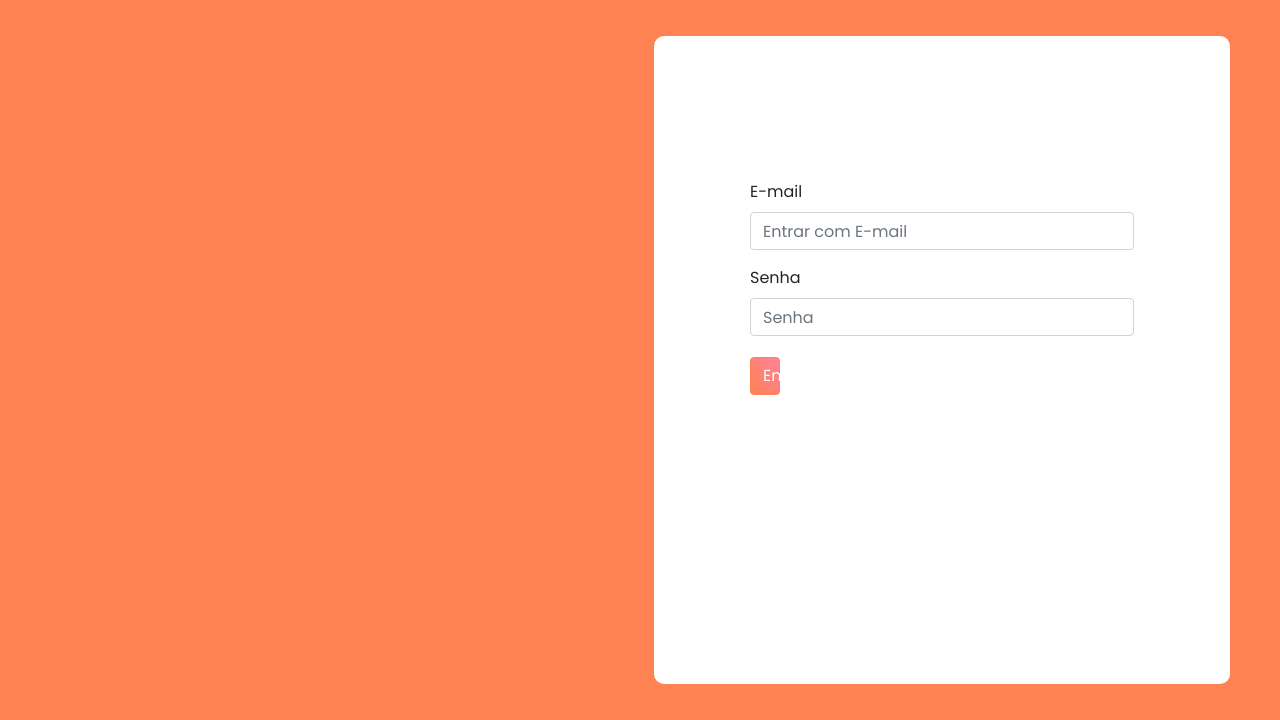
Repository: MilenaMelo/WebSite-PetCheers
Page: /login
These files come from the project's save history. The page is drawn as it stood at one moment and after a run of saves; the edit follows.
The browser window is 1280 px wide. The pictures show the whole page.
The project was rebuilt for these pictures with package versions that can differ from the ones it lists, and the page was loaded fresh each time.

Above is the page before, as saved 2020-08-26 22:40:03.

### src/main.js
import Vue from 'vue'
import App from './App.vue'
import router from './router'
import FirebaseVue from './firebase'
import './assets/scss/app.scss'

Vue.use(FirebaseVue)
Vue.config.productionTip = false

new Vue({
  router,
  render: h => h(App)
}).$mount('#app')

### src/App.vue
<template>
  <div id="app">
    <!-- <base-spinner/> -->
    <router-view/>
  </div>
</template>

<script>
// import BaseSpinner from './components/global/BaseSpinner'

// export default {
//   components: {
//     BaseSpinner
//   }
// }
</script>

<style lang="scss">
</style>

### src/router/index.js
import Vue from 'vue'
import VueRouter from 'vue-router'

Vue.use(VueRouter)

const routes = [
  {
    path: '/',
    name: 'home',
    component: () => import(/* webpackChunkName: "home" */ '../pages/home/Home')
  },
  {
    path: '/login',
    name: 'login',
    // route level code-splitting
    // this generates a separate chunk (login.[hash].js) for this route
    // which is lazy-loaded when the route is visited.
    component: () => import(/* webpackChunkName: "login" */ '../pages/login/Login')
  }
]

const router = new VueRouter({
  mode: 'history',
  base: process.env.BASE_URL,
  routes
})

export default router

### src/firebase/index.js
// eslint-disable-next-line no-unused-vars
import firebase from 'firebase/app'
import 'firebase/auth'
import 'firebase/storage'
import 'firebase/database'

export const firebaseApp = firebase.initializeApp({
  apiKey: process.env.VUE_APP_API_KEY,
  authDomain: process.env.VUE_APP_AUTH_DOMAIN,
  databaseURL: process.env.VUE_APP_DATABASE_URL,
  projectId: process.env.VUE_APP_PROJECT_ID,
  storageBucket: process.env.VUE_APP_STORAGE_BUCKET,
  messagingSenderId: process.env.VUE_APP_MESSAGING_SENDER_ID,
  appId: process.env.VUE_APP_APP_ID,
  measurementId: process.env.VUE_APP_MEASUREMENT_ID
})

export default function install (Vue) {
  Object.defineProperty(Vue.prototype, '$firebase', {
    get () {
      return firebaseApp
    }
  })
}

### src/assets/scss/app.scss
@import url('https://fonts.googleapis.com/css?family=Poppins');
@import '../../../node_modules/bootstrap/dist/css/bootstrap.css';
@import '../../../node_modules/@fortawesome/fontawesome-free/css/all.css';
@import '_variables';

* {
  font-family: 'Avenir', 'Poppins', sans-serif;
}


.btn-primary, .feature {
  width: 30px;
  margin-top: 5px;
  background-image: linear-gradient(to right top, #ff8352, #ff8165, #ff8177, #ff8287, #ff8597);
  border-color: $orange;
  background-color: $orange;
  &:hover {
    background-color: $orange;
  }
}

### src/pages/login/Login.vue
<template>
  <div class="login">
    <div class="login-left">
    </div>
    <div class="login-right">
      <!-- The @submit.prevent="doLogin()" makes to active the function listened to get the informations in firebase -->
      <form @submit.prevent="doLogin()" class="form-login">
        <div class="form-group">
          <label for="exampleInputEmail1">E-mail</label>
          <!-- The v-model directive will call the type 'email' and 'password'-->
          <input
            required
            type="email"
            v-model="email"
            class="form-control"
            id="exampleInputEmail1"
            aria-describedby="emailHelp"
            placeholder="Entrar com E-mail"
          />
          <small
            id="emailHelp"
            class="form-text text-muted"/>
        </div>
        <div class="form-group">
          <label for="exampleInputPassword1">Senha</label>
          <input
            required
            type="password"
            v-model="password"
            class="form-control"
            id="exampleInputPassword1"
            placeholder="Senha"
          />
        </div>
        <!-- <div class="form-check">
          <input type="checkbox" class="form-check-input" id="exampleCheck1" />
          <label class="form-check-label" for="exampleCheck1">Lembre de mim</label>
        </div> -->
        <button type="submit" class="btn btn-primary">
          <template class="feature" v-if="loading">
            <i class="fa fa-spinner fa-spin"></i>
          </template>
          <template v-else>
            Entrar
          </template>
        </button>
      </form>
    </div>
  </div>
</template>

<script>
// Here the method is called for an action, passing the data like variables
// And to pass the informations (variables) is necessary a directive: v-model as attribute
// of the input (HTML)
export default {
  name: 'Login',
  data: () => {
    return {
      loading: false,
      email: '',
      password: ''
    }
  },
  methods: {
    // Async mMethod because has await the action of the auth()
    async doLogin () {
      this.loading = true
      // Use the firebase variable to authenticate by calling the auth(), authenticate method
      // signInWithEmailAndPassword() is a method
      // So, configure the authentication page in Firebase database and your
      const { email, password } = this

      try {
        const res = await this.$firebase.auth().signInWithEmailAndPassword(email, password)
        // variable window.uid to know if is logged
        window.uid = res.user.uid
        // redirect to Home page route
        this.$router.push({ name: 'home' })
      } catch (err) {
        console.log(err)
      }
      this.loading = false
    }
  }
}
</script>

<style lang="scss" scoped>
.login {
  display: flex;
  justify-content: space-between;
  align-items: center;
  height: 100vh;
  background-color: var(--orange);
  padding-right: 50px;
  padding-left: 50px;
}
.login-right {
  display: flex;
  justify-content: center;
  align-items: center;
  background-color: #ffffff;
  width: 45vw;
  height: 90vh;
  border-radius: 10px;
}
.form-login {
  width: 30vw;
  height: 50vh;
}
</style>

### src/assets/scss/_variables.scss
$orange: #FF8352 !important;
$pink: #FF8597 !important;
$salmon: #C17D75 !important;
$brown: #8D6E63 !important;
$green: #558B2F !important;
$grey: #EDE9D0 !important;

:root {
    --orange: #{$orange};
    --pink: #{$pink};
    --salmon: #{$salmon};
    --brown: #{$brown};
    --green: #{$green};
    --grey: #{$grey};
  }

Loaded but not shown: public/index.html (common file)

After the next 2 saves:
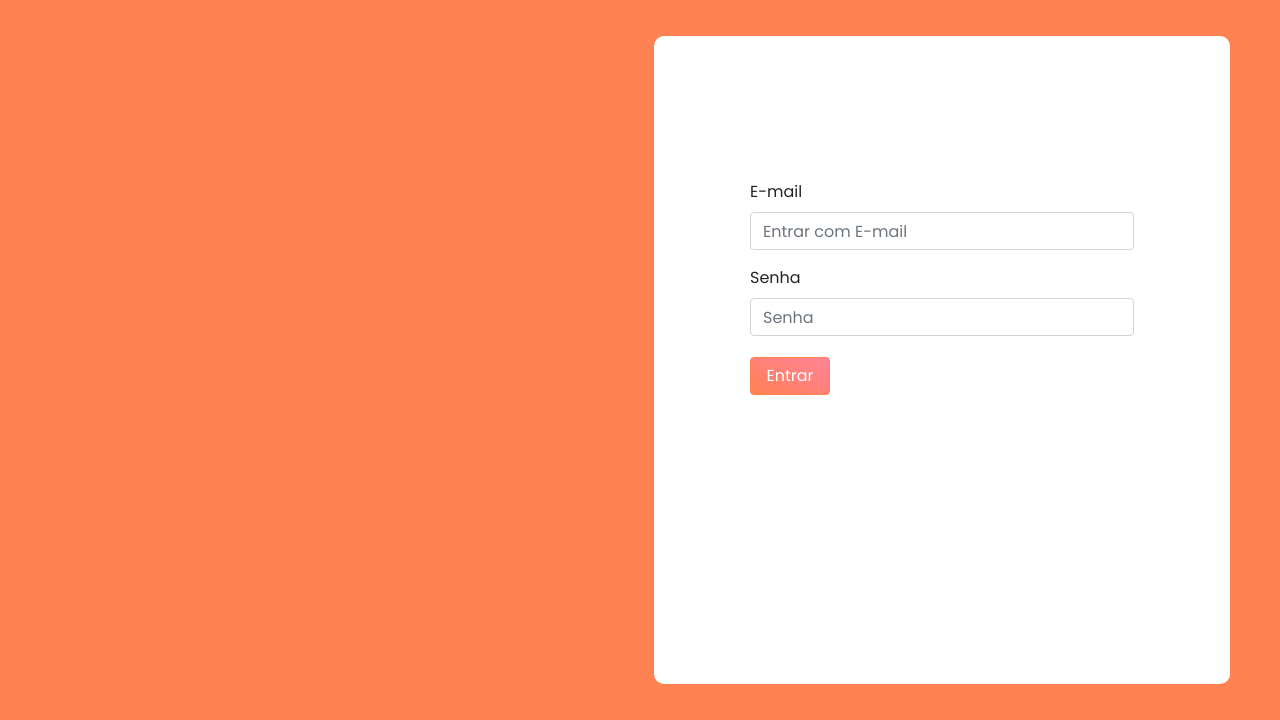
The 2 saves are shown as one change because they came seconds apart.
The last was saved 7 s later.
--- a/src/assets/scss/app.scss
+++ b/src/assets/scss/app.scss
@@ -9,7 +9,7 @@
 
 
 .btn-primary, .feature {
-  width: 30px;
+  width: 80px;
   margin-top: 5px;
   background-image: linear-gradient(to right top, #ff8352, #ff8165, #ff8177, #ff8287, #ff8597);
   border-color: $orange;
